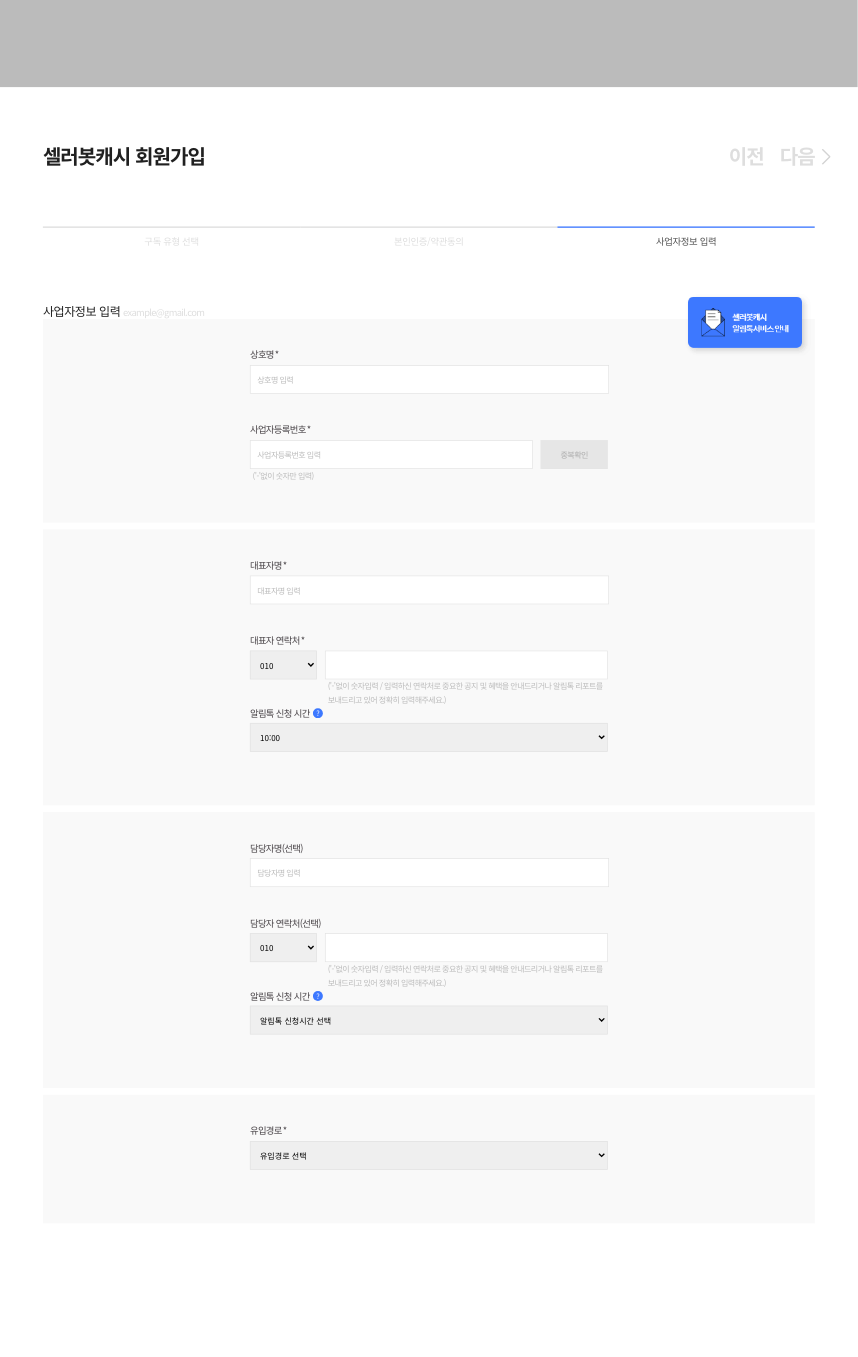
Repository: elemapfelr/ownServer
Page: test-server/web/sellerbot_signup/step_03.html
The author's editor kept a copy of each file at every save. The page is drawn from the files as they stood at one save, then again after the next save.
The browser window is 1280 px wide. The pictures show the whole page, at 67% of full size.
The style sheet was rebuilt from its Sass, Less or Tailwind sources for each picture, by a compiler version that may differ from the author's.

Above is the page before, as saved 2023-03-10 17:34:39.

After the next save:
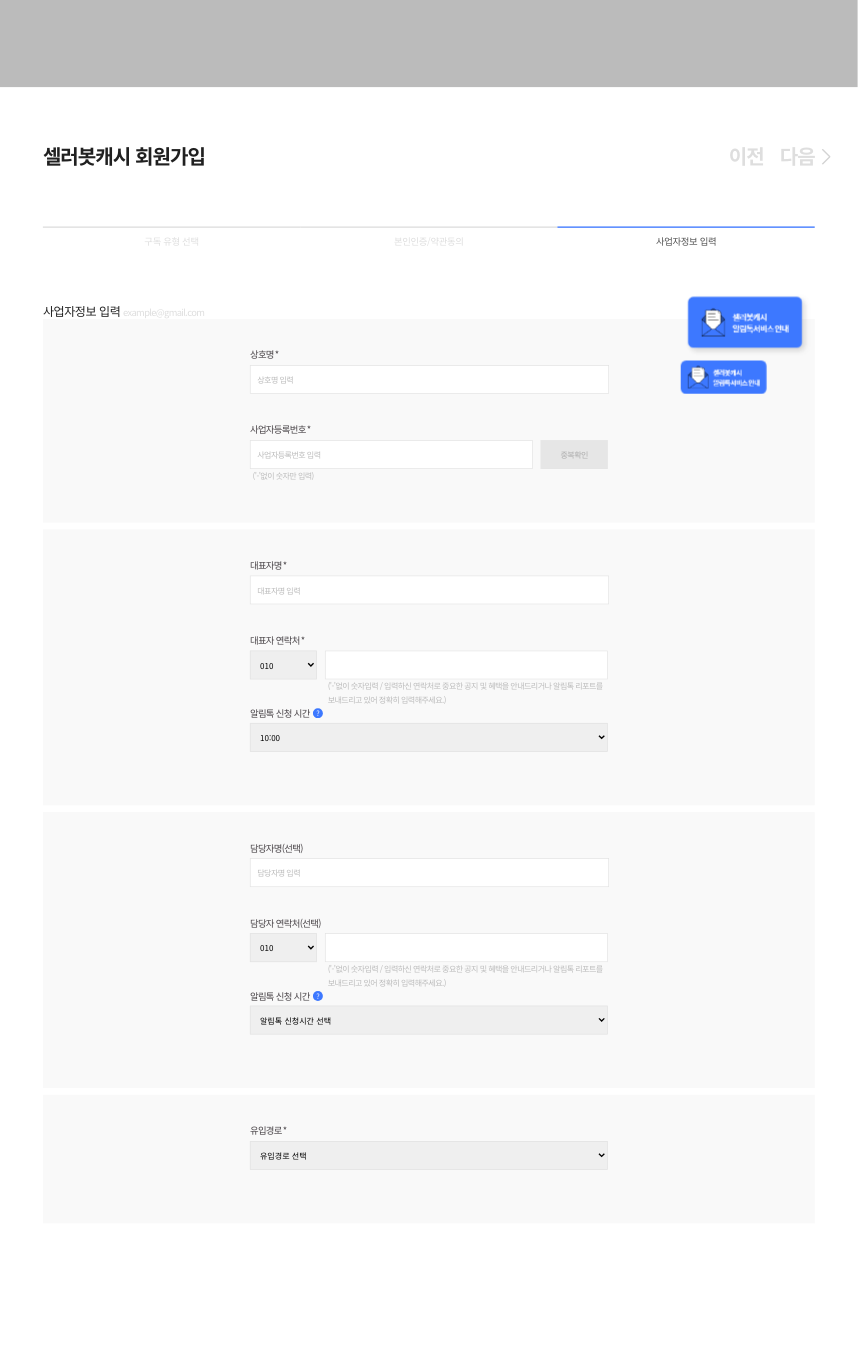
Saved 72 s later.
--- a/test-server/web/sellerbot_signup/step_03.html
+++ b/test-server/web/sellerbot_signup/step_03.html
@@ -24,6 +24,7 @@
 			</button>
 			<button class="fixed3" id="talkInfo">
 				<img src="./img/talkInfo.png" alt="talkInfo">
+				<img src="./img/talkInfo_mini.png" alt="talkInfo">
 			</button>
 			<article id="top">
 				<div class="title">

After the 4 saves that followed:
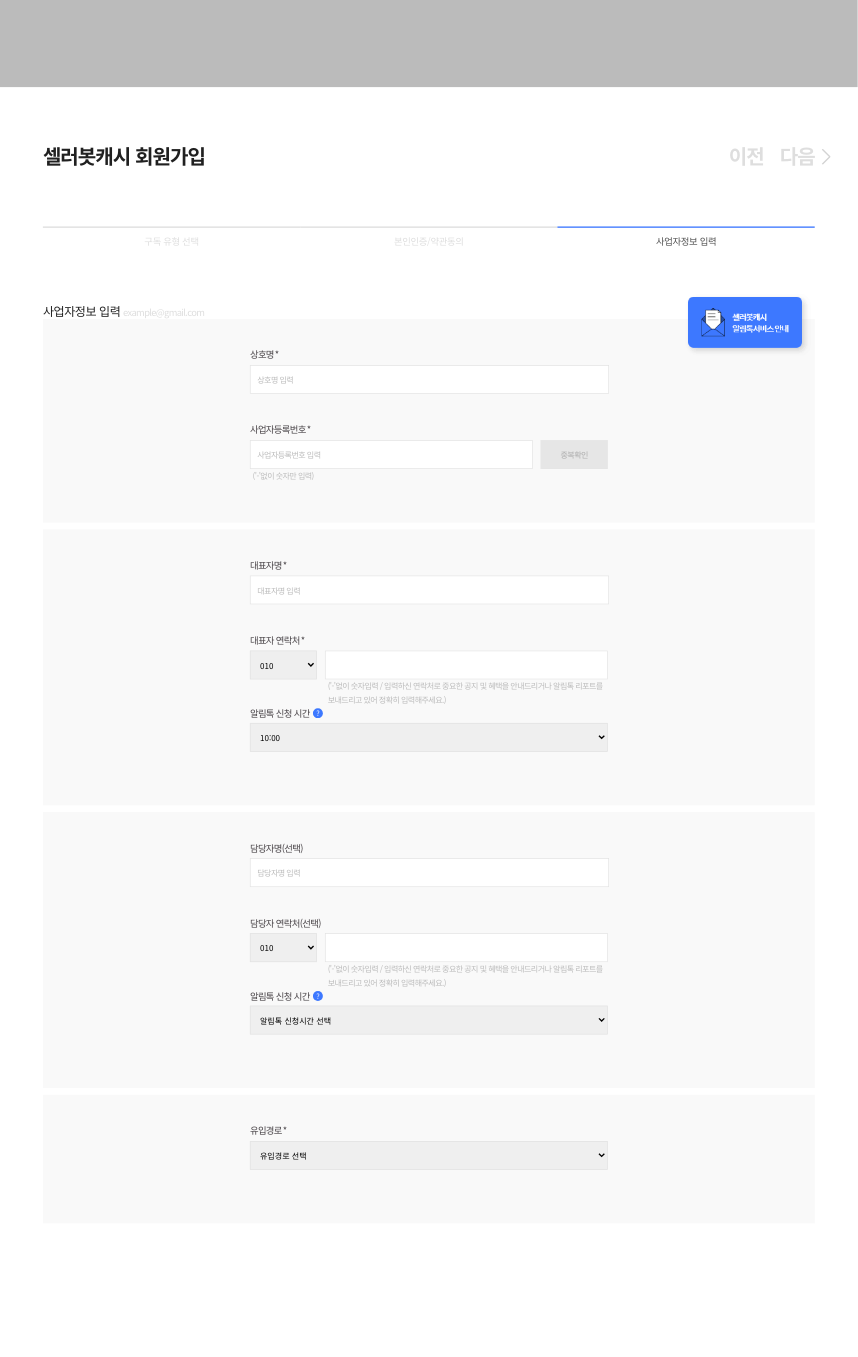
The 4 saves are shown as one change because 3 left the picture as it was.
The last was saved 50 s later.
--- a/test-server/web/sellerbot_signup/step_03.html
+++ b/test-server/web/sellerbot_signup/step_03.html
@@ -23,8 +23,8 @@
 				<img src="./img/rightArrow.svg" />
 			</button>
 			<button class="fixed3" id="talkInfo">
-				<img src="./img/talkInfo.png" alt="talkInfo">
-				<img src="./img/talkInfo_mini.png" alt="talkInfo">
+				<img class="normal" src="./img/talkInfo.png" alt="talkInfo">
+				<img class="mini" src="./img/talkInfo_mini.png" alt="talkInfo">
 			</button>
 			<article id="top">
 				<div class="title">
--- a/test-server/web/sellerbot_signup/css/scss/step_03.scss
+++ b/test-server/web/sellerbot_signup/css/scss/step_03.scss
@@ -224,6 +224,12 @@ button.fixed3 {
     top: 60%;
     right: 5%;
     z-index: 10;
+
+    img{
+        &.mini{
+            display: none;
+        }
+    }
 }
 
 .modal#talkInfo {
